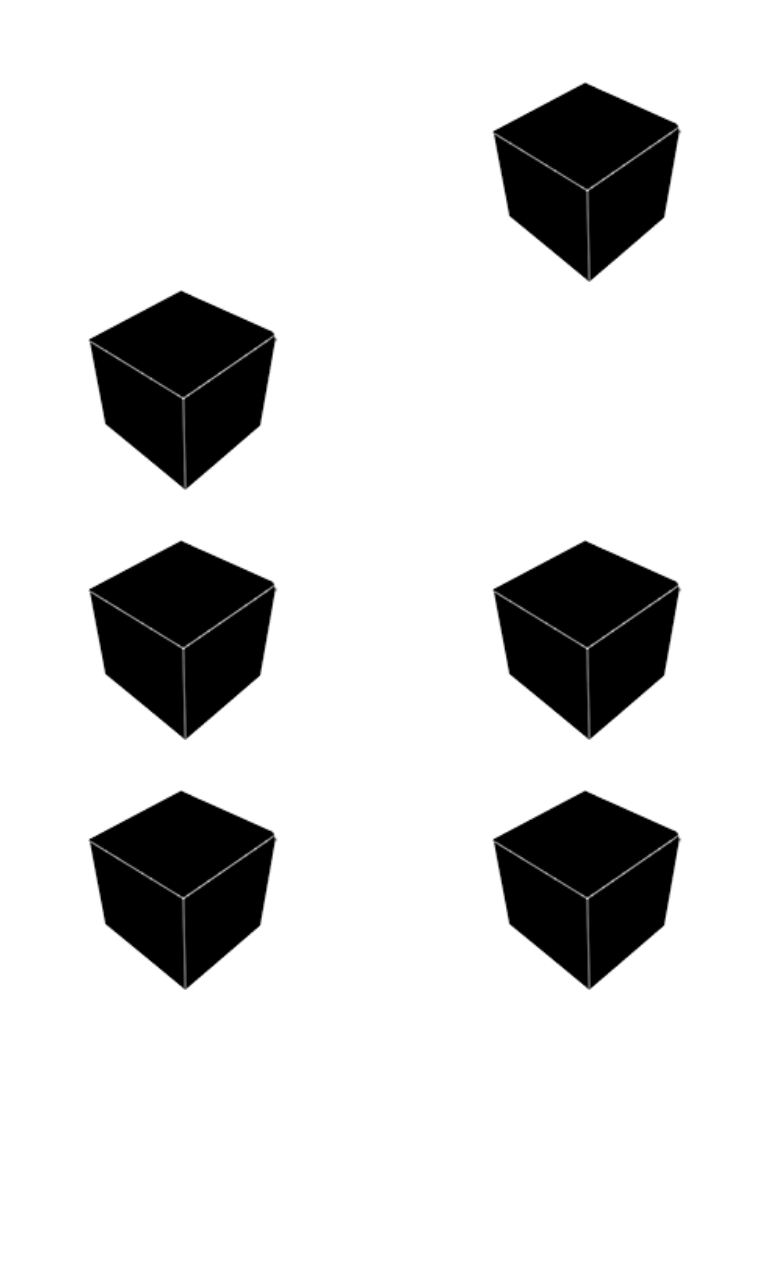
Repository: DSKarramba/university
Layout: models_and_methods_ICS/lab_01/code/calc/res/layout/activity_main.xml
These files come from the project's save history. The layout is drawn as it stood at one moment and after the next save; the edit follows.
It is drawn on a 768 x 1280 px phone screen (xhdpi) without system bars, with theme AppTheme; the app's code is not run.

Above is the layout before, as saved 2014-12-11 03:39:06.

After the next save:
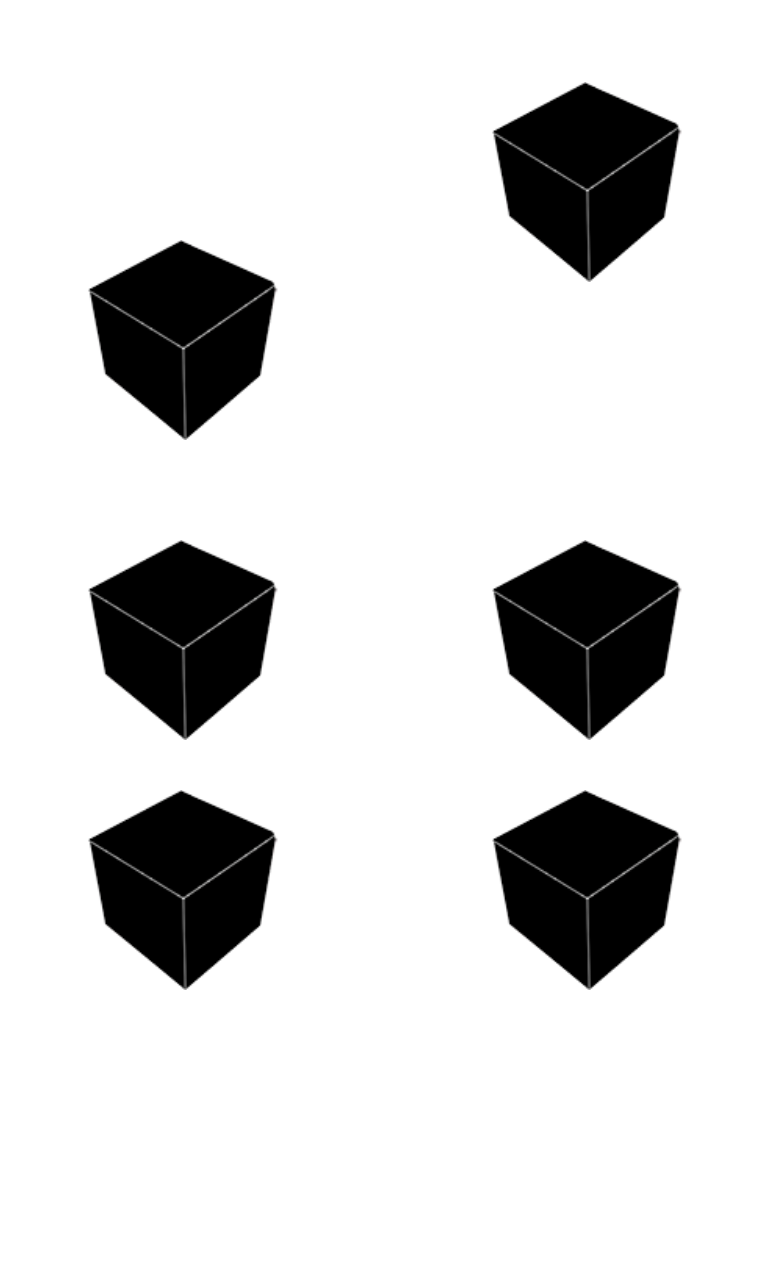
Saved 5 s later.
--- a/models_and_methods_ICS/lab_01/code/calc/res/layout/activity_main.xml
+++ b/models_and_methods_ICS/lab_01/code/calc/res/layout/activity_main.xml
@@ -16,7 +16,7 @@
         android:layout_alignParentLeft="true"
         android:layout_above="@+id/img3"
         android:layout_marginLeft="25dp"
-        android:layout_marginBottom="25dp"
+        android:layout_marginBottom="50dp"
         android:background="@android:color/transparent"
         android:contentDescription="@string/str_box"
         android:scaleType="fitCenter"
